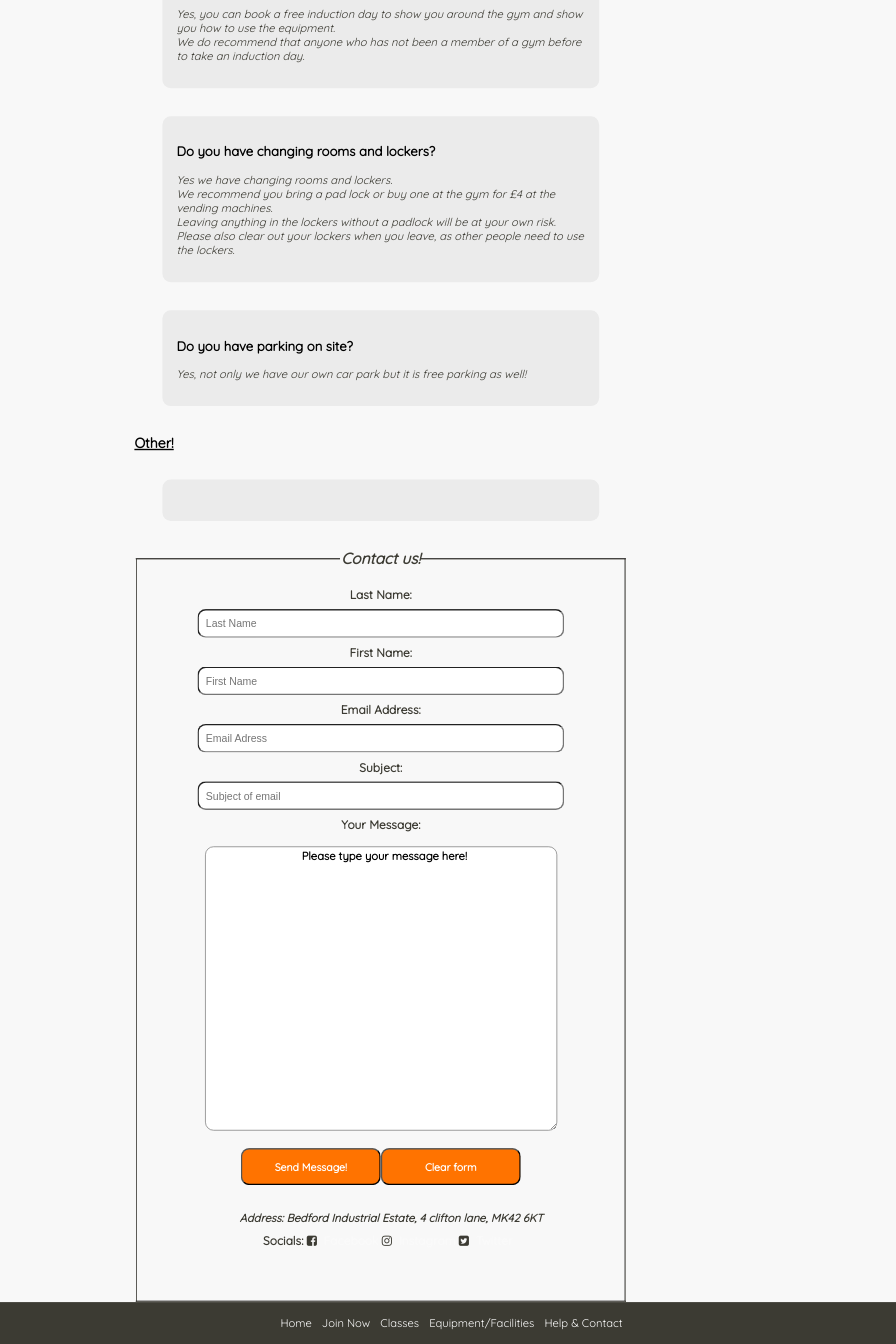
Repository: RicardoAzuul/the_fitness_hub
Page: help_and_contact.html
The author's editor kept a record of every edit. The page is drawn from the files as they stood at one moment, then again after the next edit.
The browser window is 1280 px wide. The pictures show the part of the page from y = 1263 to 3183 px (the page is 3183 px tall before and 3019 px after), at 70% of full size.
Some web fonts or font styles are not loaded; a fallback is used.

Above is the page before.

After the next edit:
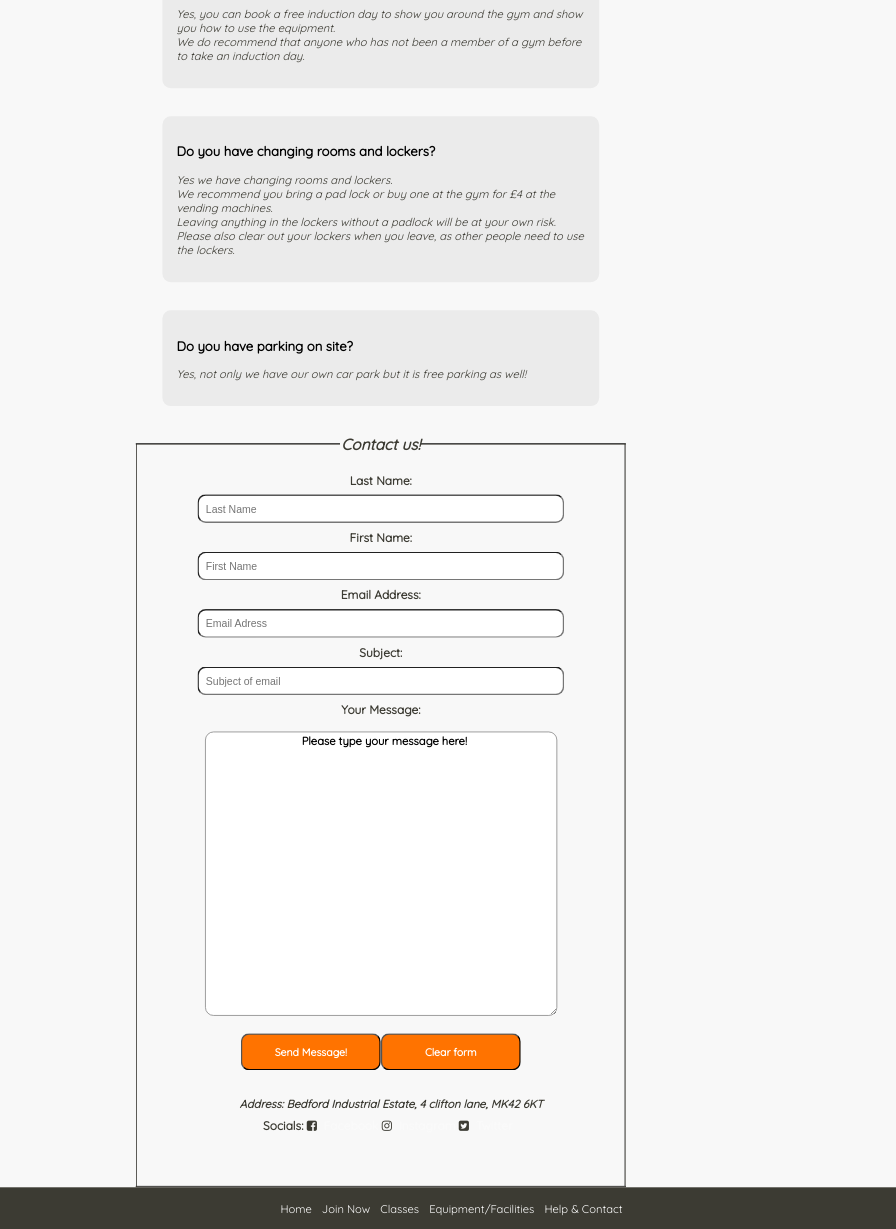
The edit:
--- a/help_and_contact.html
+++ b/help_and_contact.html
@@ -85,10 +85,6 @@
                     <h3 class="question">Do you have parking on site?</h3>
                     <p>Yes, not only we have our own car park but it is free parking as well!</p>
                 </div>
-                <h3 id="c3" class="underline">Other!</h3>
-                <div class="help">
-                    <h3 class="question"></h3>
-                </div>
         </section>
         <section>
             <form>
